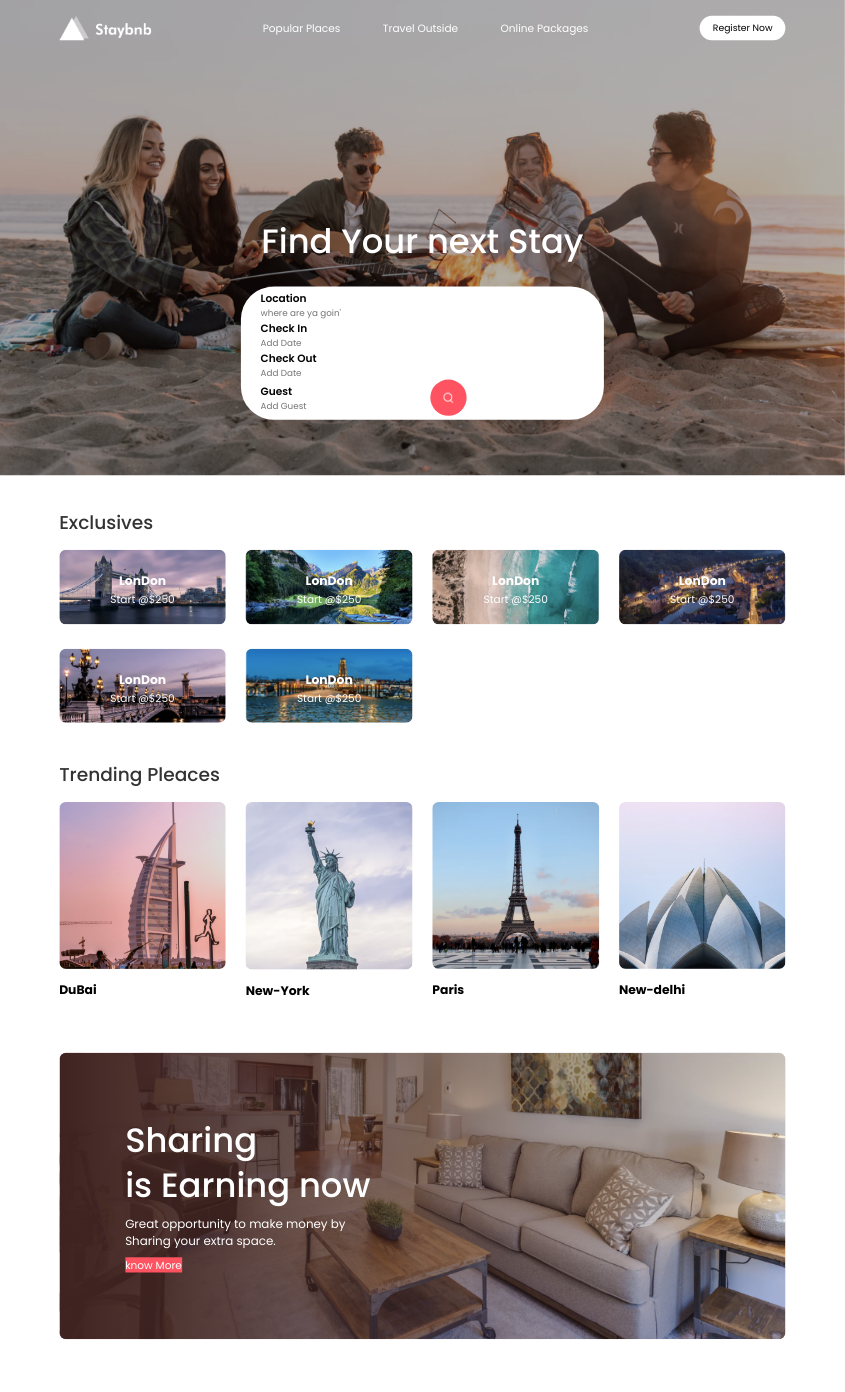
Repository: pinocoding/AirBnB
Page: house.html
These files come from the project's save history. The page is drawn as it stood at one moment and after the next save; the edit follows.
The browser window is 1280 px wide. The pictures show the whole page, at 66% of full size.

Above is the page before, as saved 2022-01-23 15:57:21.

After the next save:
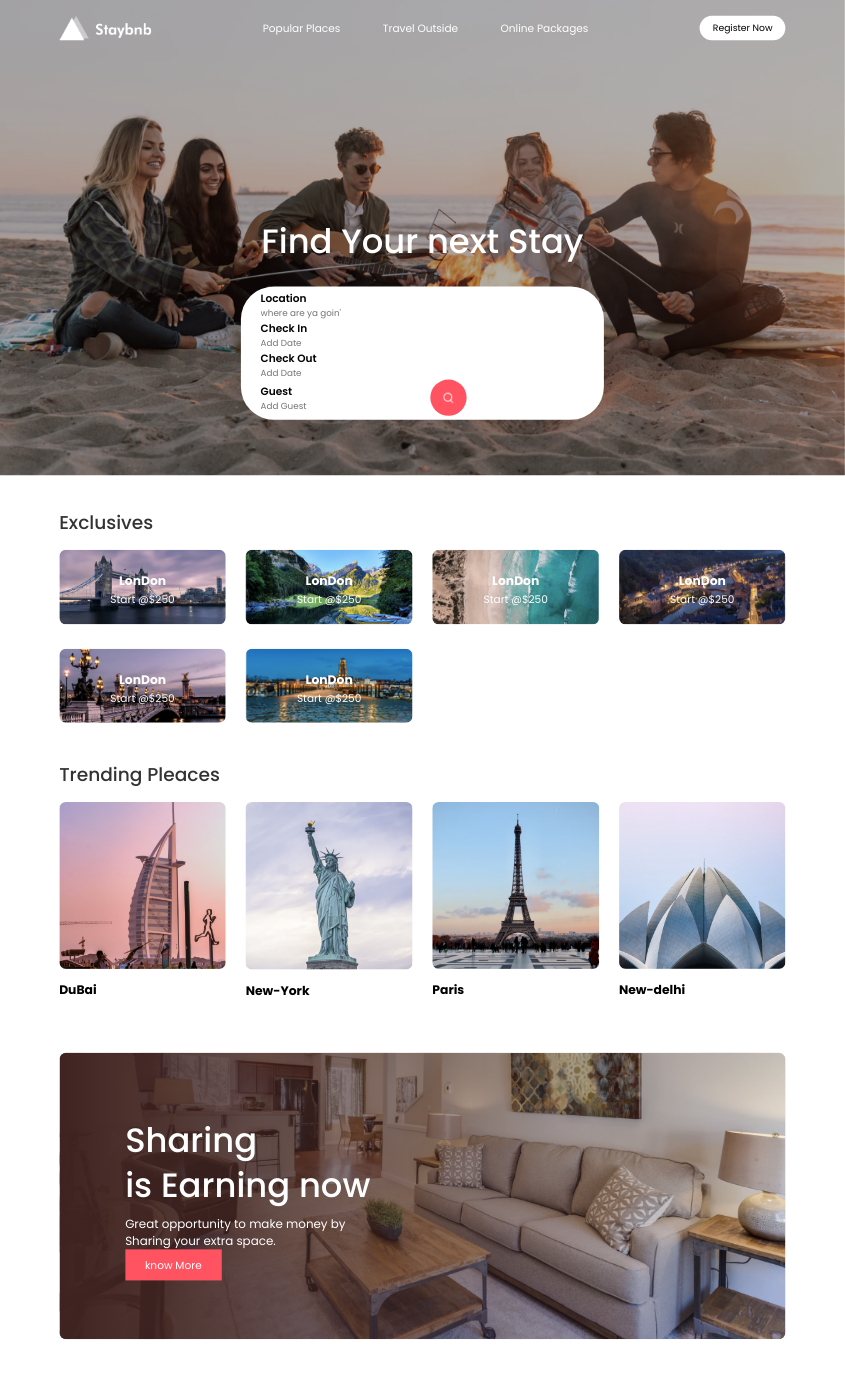
Saved 8 s later.
--- a/style.css
+++ b/style.css
@@ -170,4 +170,5 @@ padding-top: 22%
   background: #ff5361;
   color: #fff;
   text-decoration: none;
+  padding: 12px  30px
 }
